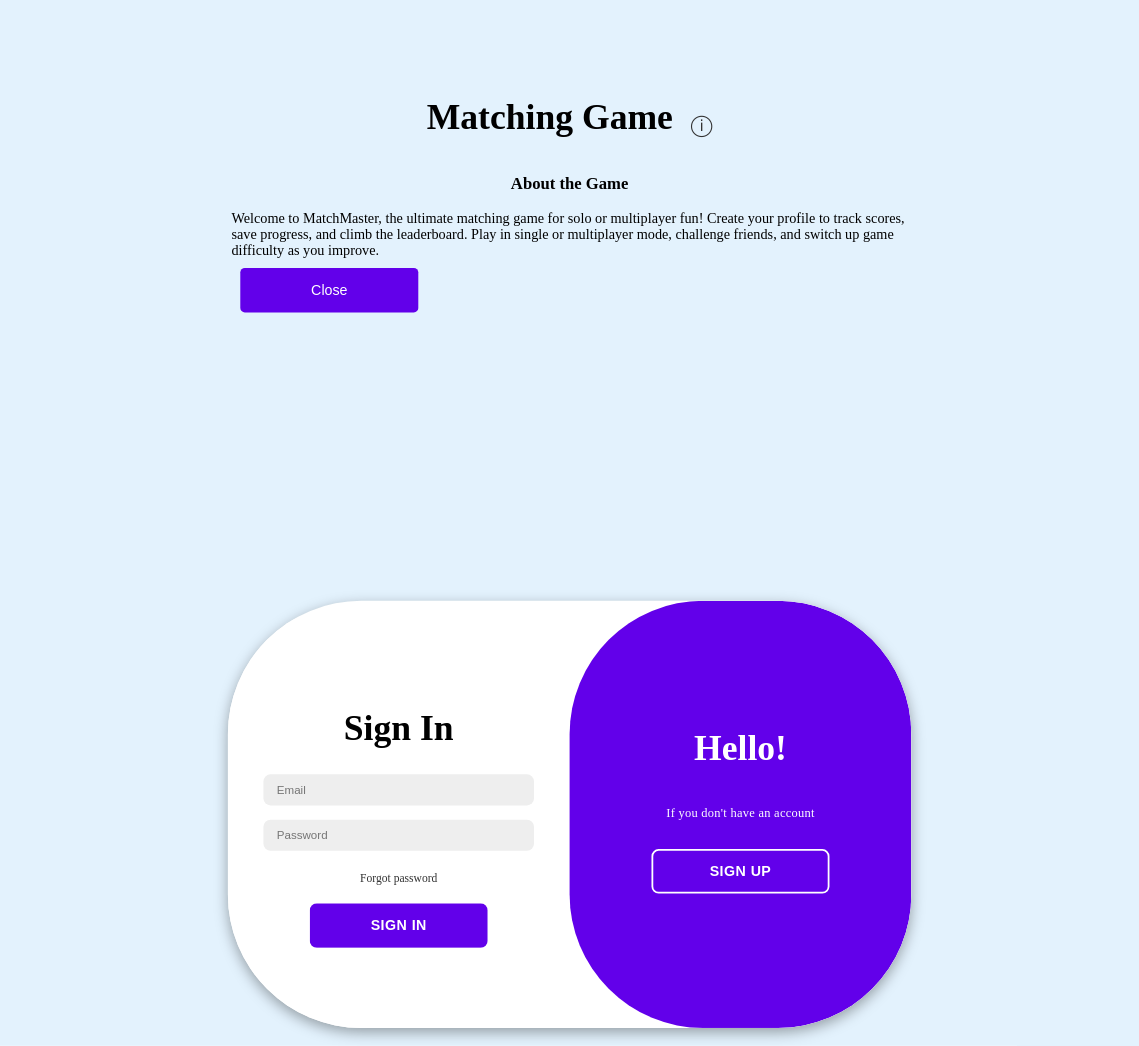
Repository: parnelltse/frontend2-courseproject
Page: /
The author's editor kept a copy of each file at every save. The page is drawn from the files as they stood at one save, then again after the next save.
The browser window is 1280 px wide. The pictures show the whole page, at 89% of full size.
The project was rebuilt for these pictures with package versions that can differ from the ones it lists, and the page was loaded fresh each time. Also part of the build but not shown: vite.config.js, src/pages/home.jsx, src/components/BackButton.jsx, src/pages/gameoptions.jsx, src/pages/appsettings.jsx, src/pages/profilesettings.jsx, src/pages/gamehistory.jsx, src/pages/singleplayer.jsx and 4 more.

Above is the page before, as saved 2024-11-04 08:44:10.

After the next save:
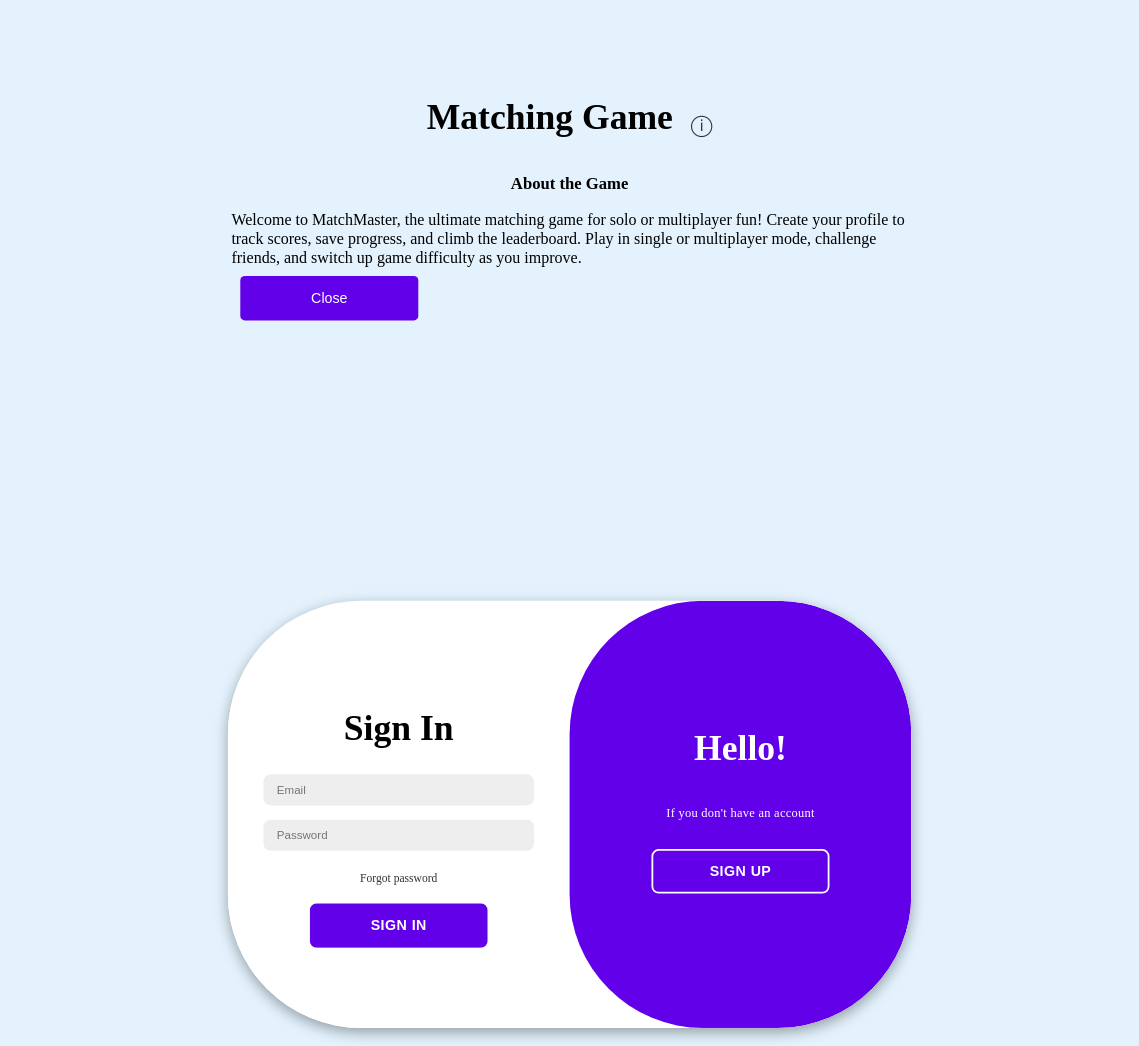
Saved 4 s later.
--- a/src/index.css
+++ b/src/index.css
@@ -260,5 +260,5 @@
 }
 
 .overlayContent {
-  font-size: 16px;
-}
+  font-size: 18px;
+}
